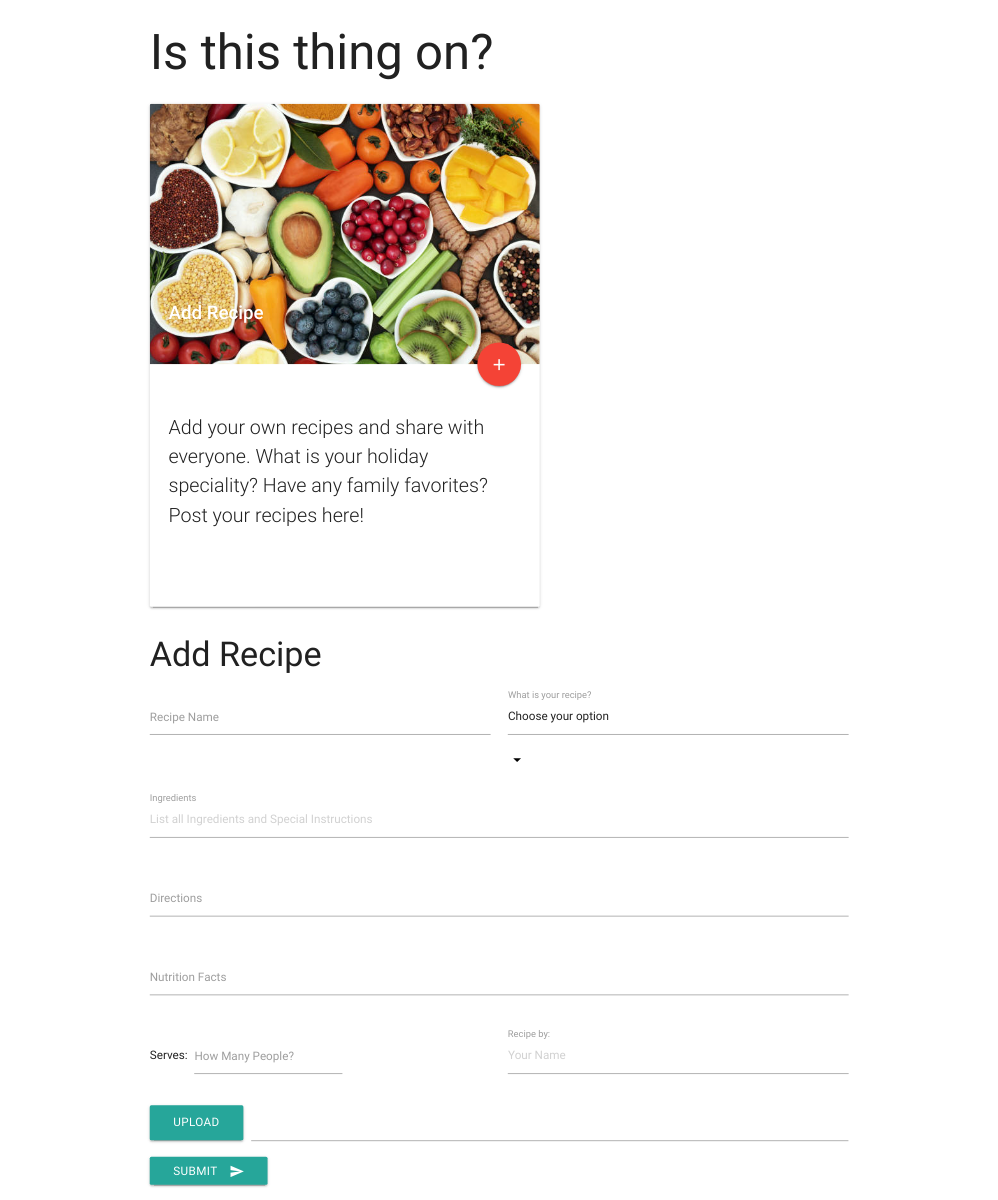
Repository: callendera/MilestoneProject3
Page: templates/recipes.html
The author's editor kept a record of every edit. The page is drawn from the files as they stood at one moment, then again after the next edit.
The browser window is 1280 px wide. The pictures show the whole page, at 78% of full size.
The page is served by the project's application, run on Flask 3 (recipe.py). The template is opened directly, without the code that normally fills it, so the values that code supplies are empty.

Above is the page before.

### templates/recipes.html
{% extends 'base.html' %} {% block content %}

<div class="row flow-text">
    <div class="col s12 m6">
        <div class="card add-recipe-card-height-width">
            <div class="card-image">
                <img src="static/images/food.jpg">
                <span class="card-title"><p><strong>Add Recipe</strong></p></span>
                <a class="btn-floating btn-large halfway-fab waves-effect waves-light red"><i class="material-icons">add</i></a>
            </div>
            <div class="card-content">
                <p>
                    </br>
                    Add your own recipes and share with everyone. What is your holiday speciality? Have any family favorites? Post your recipes here!</p>
            </div>
        </div>
    </div>



    {% for recipes in from_scratch %}
    <div class="col sm12 m12 l6  my-flow-text">
        <div class="card card-height-width">
            <div class="card-image">
                <img src="static/images/food.jpg">
                <span class="card-title"><p>
                            <strong>{{recipes.recipe_name}}</strong>
                        </p></span>
            </div>
            <div class="card-content">
                <p>
                    Serves: {{recipes.serves}}
                </p>
                <ul class="collapsible">
                    <li>
                        <div class="collapsible-header"><i class="material-icons">local_dining</i>Ingredients</div>
                        <div class="collapsible-body"><span>
                     {{recipes.ingredients0}}
                </span></div>
                    </li>
                    <li>
                        <div class="collapsible-header"><i class="material-icons">list</i>Directions</div>
                        <div class="collapsible-body"><span>
                        {{recipes.directions0}}
                </span></div>
                    </li>
                    <li>
                        <div class="collapsible-header"><i class="material-icons">fitness_center</i>Nutrition</div>
                        <div class="collapsible-body"><span>
                    {{recipes.nutrition0}}
                </span></div>
                    </li>

                </ul>
            </div>

        </div>

    </div>
    {% endfor %}
</div>


<h3>Add Recipe</h3>
<div class="row">
    <form class="col s12" action="" method='GET' , 'POST'>
        <div class="row">
            <div class="input-field col s6">
                <input id="recipe_name" name="recipe_name" type="text" class="validate">
                <label for="recipe_name">Recipe Name</label>
            </div>

            <div class="input-field col s6">
                <select id="recipe_type" name="recipe_type">
                  <option value="" disabled selected>Choose your option</option>
                  <option name="recipe_type" value="1">Vegetarian</option>
                  <option  name="recipe_type" value="2">Chicken</option>
                  <option  name="recipe_type" value="3">Beef</option>
                  <option  name="recipe_type" value="3">Vegan</option>
                  <option  name="recipe_type" value="3">Fish</option>
                  <option  name="recipe_type" value="3">Pork</option>
                </select>
                <label>What is your recipe?</label>
            </div>
        </div>
        <div class="row">
            <div class="input-field col s12">
                <input placeholder="List all Ingredients and Special Instructions" name="ingredients0" id="ingredients0" type="text" class="validate">
                <label for="ingredients0">Ingredients</label>
            </div>
        </div>
        <div class="row">
            <div class="input-field col s12">
                <input id="directions0" name="directions0" type="text" class="validate">
                <label for="directions0">Directions</label>
            </div>
        </div>
        <div class="row">
            <div class="input-field col s12">
                <input id="nutrition0" name="nutrition0" type="text" class="validate">
                <label for="nutrition0">Nutrition Facts</label>
            </div>
        </div>
        <div class="row">
            <div class="col s6">
                Serves:
                <div class="input-field inline">
                    <input id="serves" name="serves" type="number" class="validate">
                    <label for="serves">How Many People? </label>

                </div>
            </div>
            <div class="input-field col s6">
                <input placeholder="Your Name" id="recipe_name" name="recipe_name" type="text" class="validate">
                <label for="recipe_name">Recipe by:</label>
            </div>
        </div>
        <div class="file-field input-field">
      <div class="btn">
        <span>Upload</span>
        <input type="file">
      </div>
      <div class="file-path-wrapper">
        <input class="file-path validate" type="text">
      </div>
    </div>
        <button class="btn waves-effect waves-light" type="submit" name="action">Submit
            <i class="material-icons right">send</i>
         </button>
    </form>
    {% endblock %}

### templates/base.html
<!DOCTYPE html>
<html>

<head>
    <link href="https://fonts.googleapis.com/icon?family=Material+Icons" rel="stylesheet">
    <!--link for Icons in Materialize-->

    <!--JQuery needs to be active before Materialize can render its' data-->
    <link rel="stylesheet" href="https://cdnjs.cloudflare.com/ajax/libs/materialize/0.100.2/css/materialize.min.css">
    <link rel="stylesheet" href="{{url_for('static',filename='css/style.css')}}" type="text/css" />
</head>

<body>
    <div class="container">
    <h1>Is this thing on?</h1>
    {% block content %}
    <!--contains any content needed for each page, this give a template for such-->
    {% endblock %}
    </div>
    <script src="https://cdnjs.cloudflare.com/ajax/libs/jquery/3.4.1/jquery.min.js" integrity="sha256-CSXorXvZcTkaix6Yvo6HppcZGetbYMGWSFlBw8HfCJo=" crossorigin="anonymous"></script>
    <script src="https://cdnjs.cloudflare.com/ajax/libs/materialize/1.0.0/js/materialize.min.js"></script>
    <!-- Script to use Materialize functionality-->
    <script type="text/javascript">
        $(document).ready(function() {
            $('select').formSelect();
        });
    </script>
    <script type="text/javascript">
        $(document).ready(function(){
            $('.collapsible').collapsible();
        });
    </script>
    <!-- script for the collapsibles-->
</body>

</html>

### recipe.py
import os
from flask import Flask, render_template, redirect, request, url_for
from flask_pymongo import PyMongo
from bson.objectid import ObjectId
#sets up application for use with PyMongo, Flask

app = Flask(__name__)
app.config["MONGO_DBNAME"] = 'from_scratch'
#creates link between Database and application
app.config["MONGO_URI"] = os.getenv("MONGO_URI")

#creates application to be tested

mongo = PyMongo(app)

@app.route('/')

@app.route('/get_recipes')
#Display text as proof of concept
def get_recipes():
    from_scratch = mongo.db.recipes.find()
    return render_template( "recipes.html", from_scratch=from_scratch)

@app.route('/add_recipes')
def add_recipes():
    from_scratch = mongo.db.recipes.find()
    return render_template( "recipes.html")

@app.route('/insert_recipe', methods=['GET','POST'])
def insert_recipe():
    from_scratch = mongo.db.recipes
    from_scratch.insert_one(request.form.to_dict())
    return redirect(url_for('get_recipes'))

if __name__ == '__main__':
    app.run(host=os.environ.get('IP'),
            port=int(os.environ.get('PORT')),
            debug=True)
#So they know how and where to run application

### static/css/style.css
.card-height-width, .add-recipe-card-height-width {
    width: 500px;
}

.add-recipe-card-height-width {
    height: 645px;
}

After the next edit:
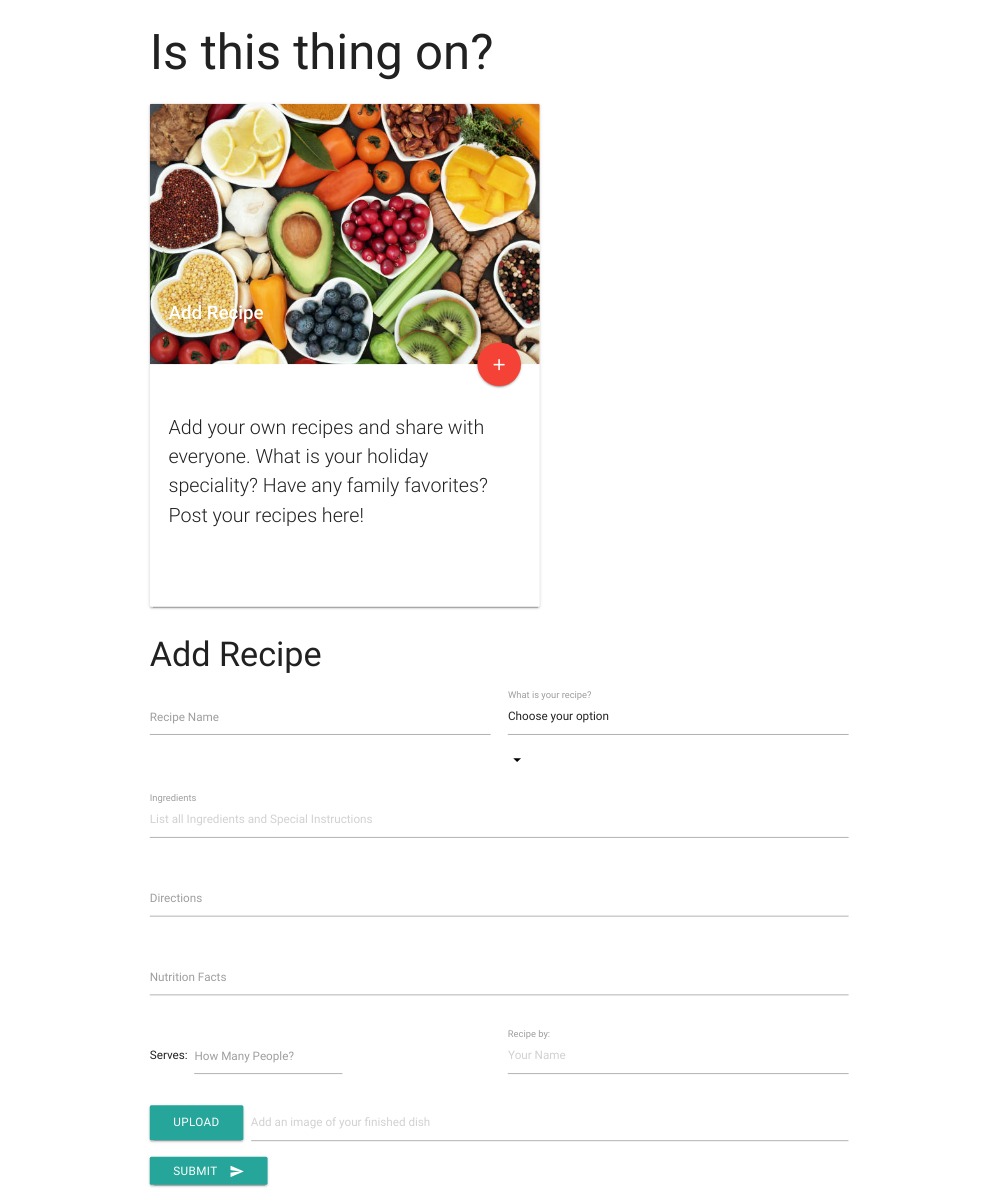
The edit:
--- a/templates/recipes.html
+++ b/templates/recipes.html
@@ -121,7 +121,7 @@
         <input type="file">
       </div>
       <div class="file-path-wrapper">
-        <input class="file-path validate" type="text">
+        <input placeholder="Add an image of your finished dish" class="file-path" type="text">
       </div>
     </div>
         <button class="btn waves-effect waves-light" type="submit" name="action">Submit
